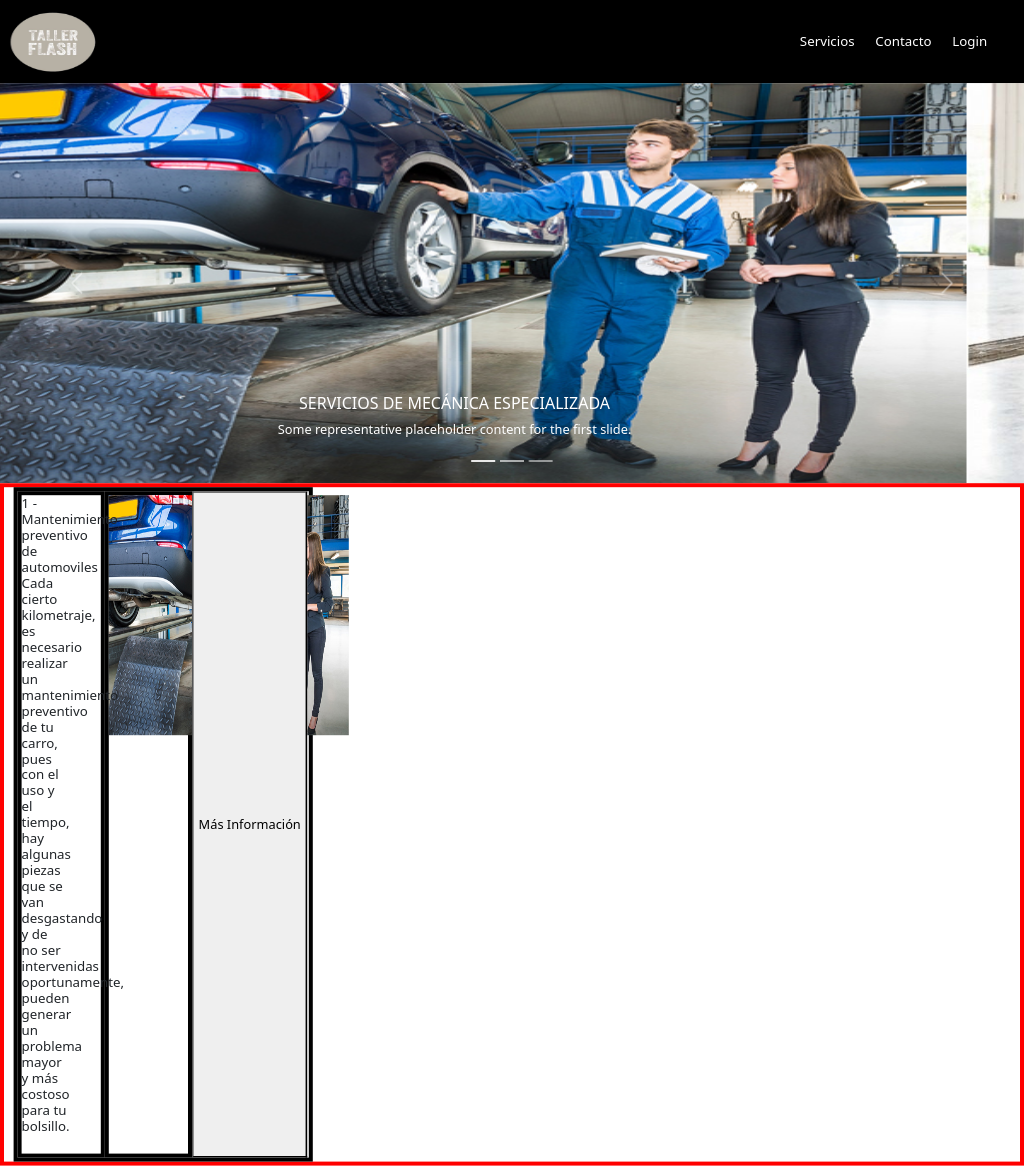
Repository: nder1996/Boostrap.Taller.Arquitectura
Page: Index.html
The author's editor kept a copy of each file at every save. The page is drawn from the files as they stood at one save, then again after a run of saves.
The browser window is 1280 px wide. The pictures show the whole page, at 80% of full size.

Above is the page before, as saved 2021-07-23 06:23:48.

After the next 2 saves:
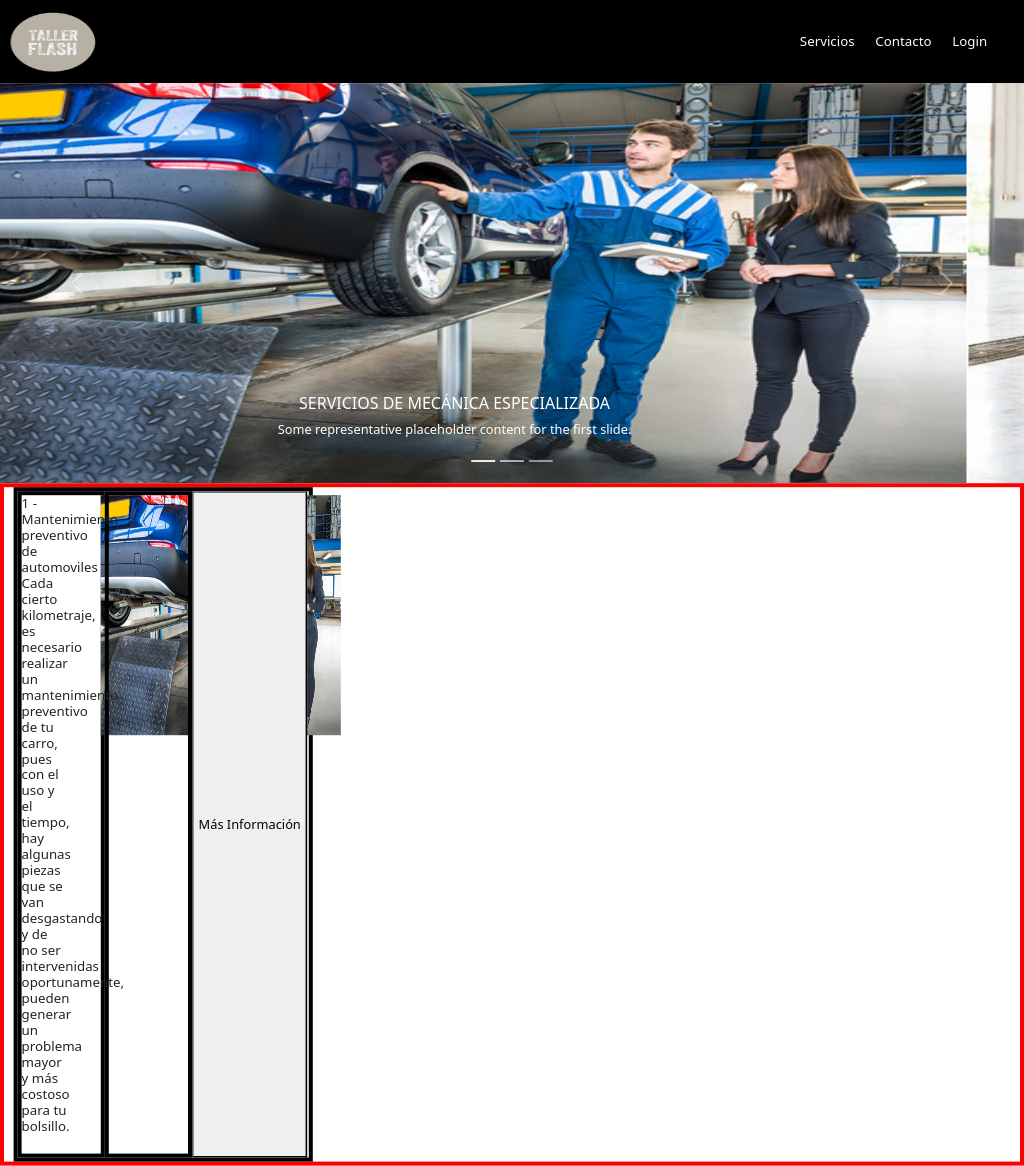
The 2 saves are shown as one change because they came seconds apart.
The last was saved 19 s later.
--- a/Index.html
+++ b/Index.html
@@ -97,10 +97,11 @@
 						generar un problema mayor y más costoso para tu bolsillo.
 					</p>
 				</h1>
+				<img src="img/Mantenimiento_1.jpg" alt="" width="300px" height="300px">
 			</div>
 
 			<div>
-				<img src="img/Mantenimiento_1.jpg" alt="" width="300px" height="300px">
+
 			</div>
 
 			<button>Más Información</button>
